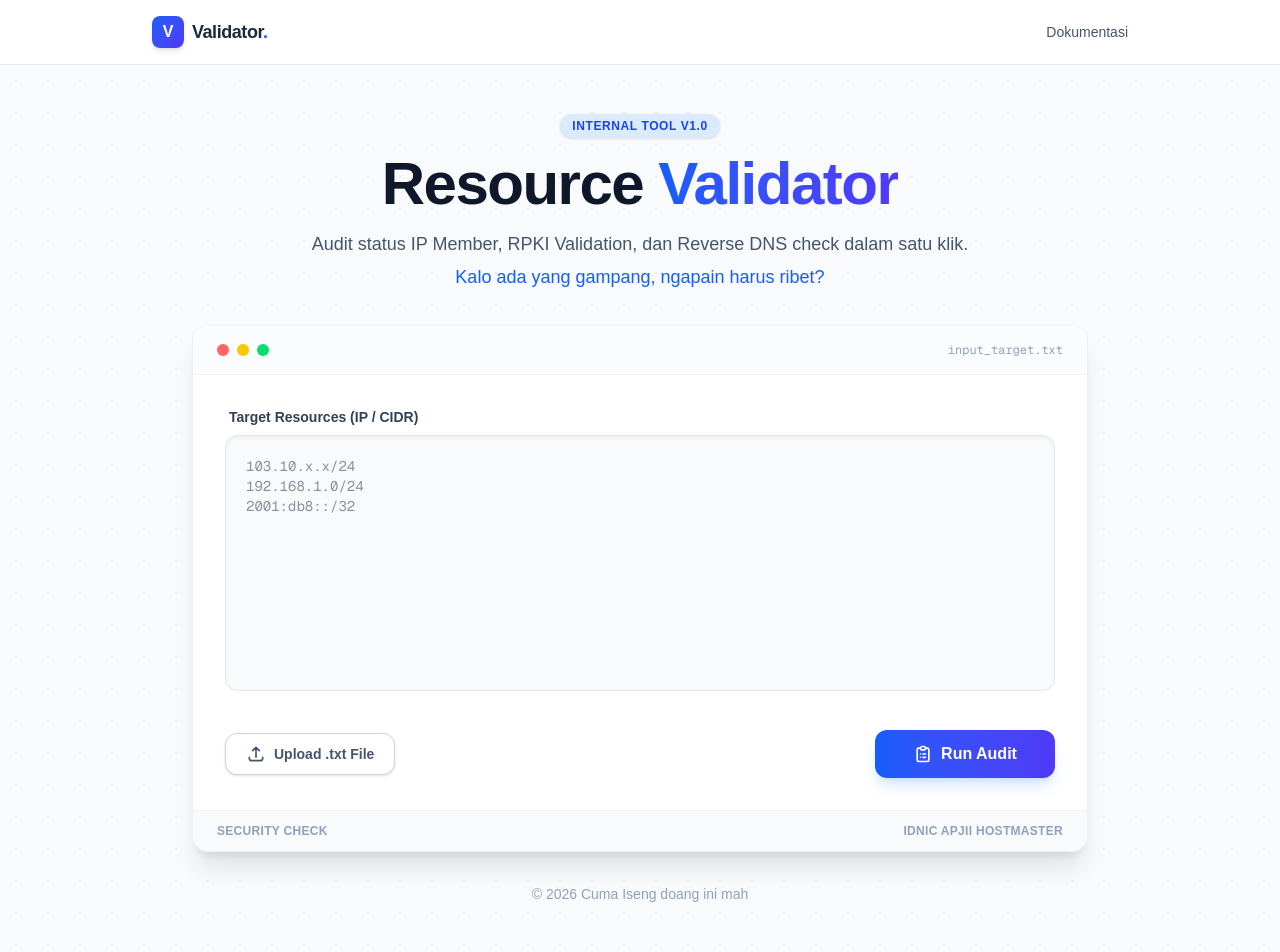
Repository: KilluaProject/resource_validator
Page: /
These files come from the project's save history. The page is drawn as it stood at one moment and after the next save; the edit follows.
The browser window is 1280 px wide. The pictures show the whole page.
The project was rebuilt for these pictures with package versions that can differ from the ones it lists, and the page was loaded fresh each time. The framework's server and built-in components were replaced by stand-ins that run in the browser. Also part of the build but not shown: next.config.ts, components/ResultModal.tsx.

Above is the page before, as saved 2026-01-08 01:14:53.

After the next save:
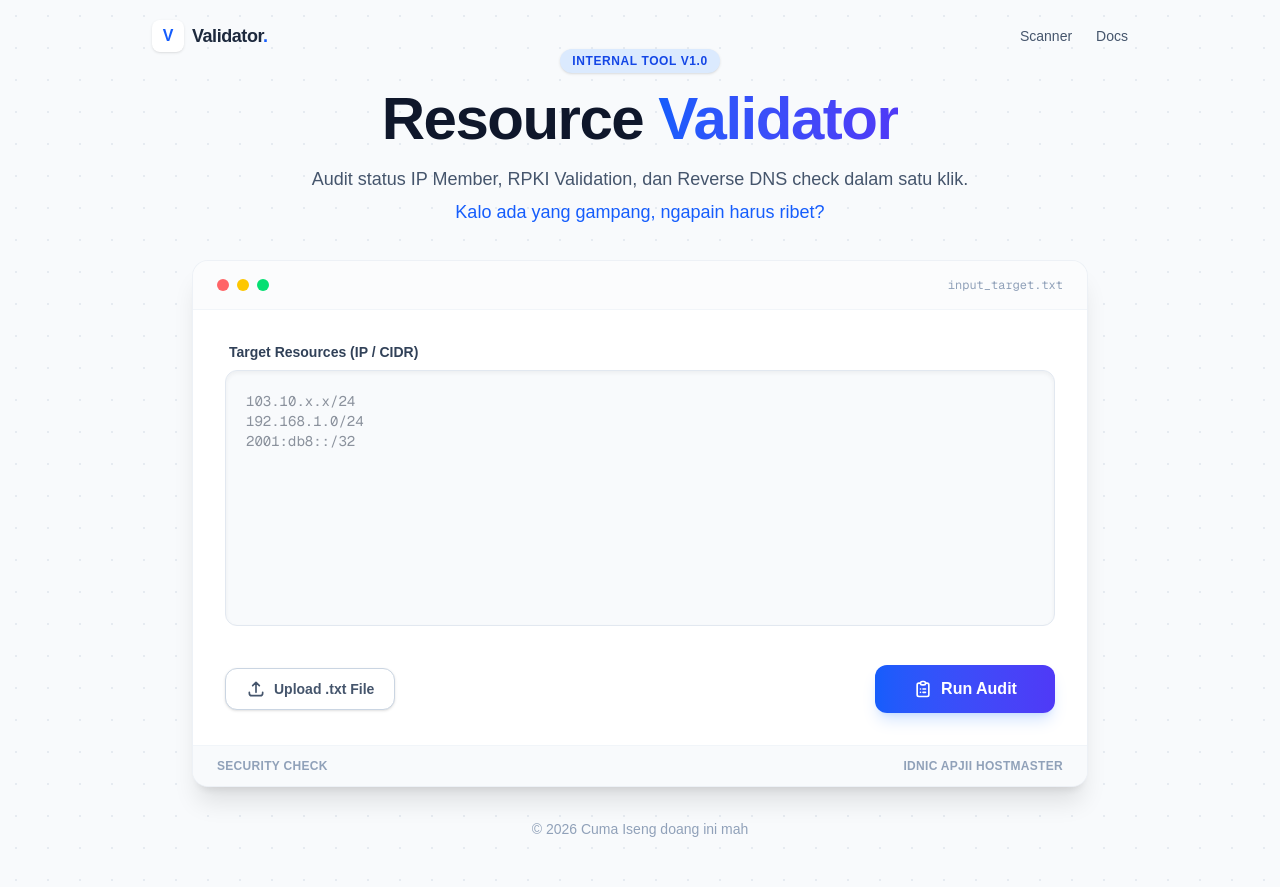
Saved 3 min 28 s later.
--- a/components/Navber.tsx
+++ b/components/Navber.tsx
@@ -1,13 +1,45 @@
+"use client";
+
+import { useState, useEffect } from "react";
 import Link from "next/link";
 
 export default function Navbar() {
+  const [scrolled, setScrolled] = useState(false);
+
+  // Fungsi buat deteksi scroll
+  useEffect(() => {
+    const handleScroll = () => {
+      // Kalo scroll lebih dari 10px, ubah state jadi true
+      if (window.scrollY > 10) {
+        setScrolled(true);
+      } else {
+        setScrolled(false);
+      }
+    };
+
+    window.addEventListener("scroll", handleScroll);
+
+    // Bersihin event listener pas pindah halaman (biar gak memory leak)
+    return () => window.removeEventListener("scroll", handleScroll);
+  }, []);
+
   return (
-    <nav className="w-full backdrop-blur-md border-b border-slate-200 sticky top-0 z-40">
-      <div className="max-w-5xl mx-auto px-6 h-16 flex items-center justify-between">
+    <nav
+      className={`fixed top-0 w-full z-40 transition-all duration-300 ease-in-out ${
+        scrolled
+          ? "bg-white/80 backdrop-blur-md border-b border-slate-200 shadow-sm py-3" // Style pas Scroll
+          : "bg-transparent border-b border-transparent py-5" // Style pas di Pucuk (Polos)
+      }`}
+    >
+      <div className="max-w-5xl mx-auto px-6 flex items-center justify-between">
 
         {/* Logo / Brand */}
         <Link href="/" className="flex items-center gap-2 group">
-          <div className="w-8 h-8 bg-gradient-to-br from-blue-600 to-indigo-600 rounded-lg flex items-center justify-center text-white font-bold shadow-md group-hover:shadow-blue-500/30 transition-all">
+          <div className={`w-8 h-8 rounded-lg flex items-center justify-center font-bold shadow-md transition-all ${
+             scrolled
+              ? "bg-gradient-to-br from-blue-600 to-indigo-600 text-white"
+              : "bg-white text-blue-600 shadow-sm"
+          }`}>
             V
           </div>
           <span className="font-bold text-slate-800 tracking-tight text-lg">
@@ -17,9 +49,11 @@ export default function Navbar() {
 
         {/* Menu Links */}
         <div className="flex gap-6">
-
+          <Link href="/" className="text-sm font-medium text-slate-600 hover:text-blue-600 transition-colors">
+            Scanner
+          </Link>
           <Link href="/docs" className="text-sm font-medium text-slate-600 hover:text-blue-600 transition-colors">
-            Dokumentasi
+            Docs
           </Link>
         </div>
 
